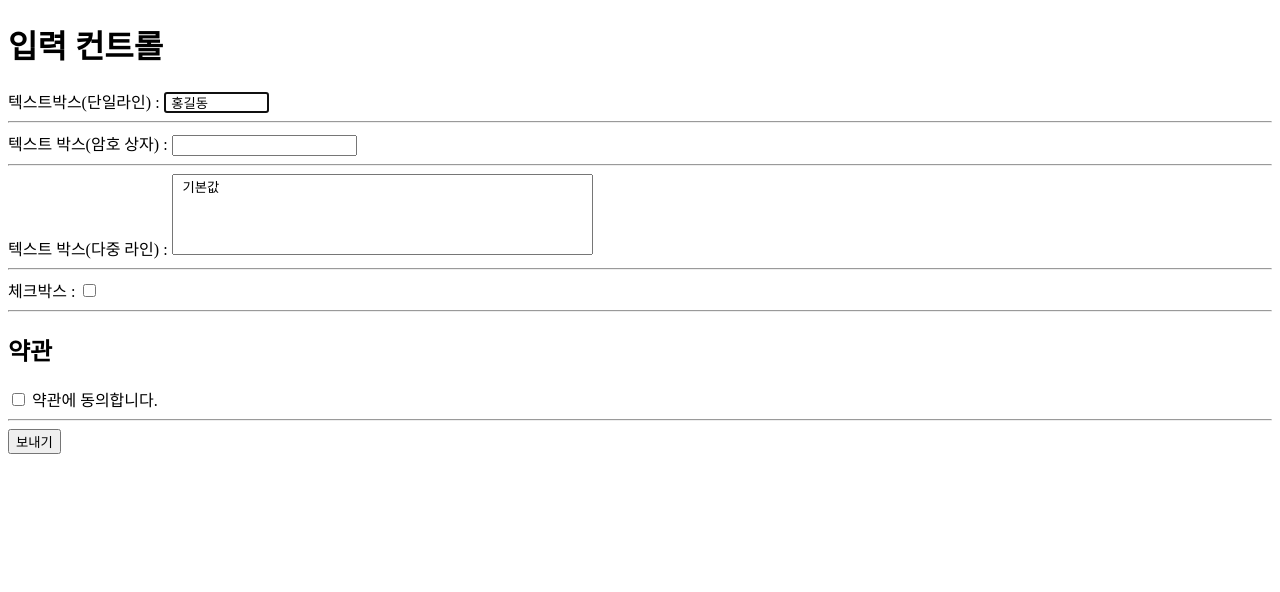
Repository: Hswwwww/WEB
Page: ClientTest/src/main/webapp/html/ex19_form.html
These files come from the project's save history. The page is drawn as it stood at one moment and after the next save; the edit follows.
The browser window is 1280 px wide. The pictures show the whole page.

Above is the page before, as saved 2024-03-14 01:36:54.

### ClientTest/src/main/webapp/html/ex19_form.html
<!DOCTYPE html>
<html>
<head>
<meta charset="UTF-8">
<title>Insert title here</title>
</head>
<body>
	<!--

		<form> 자식 태그
		- 입력 양식

		<input> 태그
		- 단독 태그
		- 인라인 태그
		- input.type : 입력 컨트롤의 종류
		- input.name : 서버로 전송할때 사용하는 식별자
		- input.id : 식별자. CSS, JavaScript에서 주로 사용
		- input.class : 식별자. CSS, JavaScript에서 주로 사용
		- input.size : 컨트롤의 너비 (입력받는 문자 수)
		- input.maxlength : 최대 입력 문자수 + 유효성 검사
		- input.value : 컨트롤의 입력값
		- input.readonly : 읽기 전용. 플래그형 + 입력 (x) + 서버 전송(o)
		- input.disabled : 비활성화. 플래그형 + 입력 (x) + 서버 전송 (x)
		- input.accesskey : 바로가기(니모닉) Alt + 키
		- input.autofocus : 자동 포커스
		- input.title: 풍선 도움말





	 -->

	<h1>입력 컨트롤</h1>

	<form action = "ex18.jsp">

		텍스트박스(단일라인) : <input type = "text" name = "data" id = "txt1" class = "txt"
					size = "10" maxlength = "5" value = " 홍길동" accesskey = "s" autofocus
					title = "이름을 입력하세요." >

		<hr>


		<!--

			암호 상자, Password Box, Masked TextBox
			- 모든 속성이 텍스트 박스와 동일
			- value 속성 사용 금지!!

		 -->

		 텍스트 박스(암호 상자) : <input type = "password">


		 <!--

		 	다중 라인 텍스트 박스
		 	- <textarea></textarea>
		 	- 쌍태그
		 	- 인라인 태그
		 	- 대부분의 속성은 텍스트와 동일
		 	- maxlength속성이 없다.
		 	- value 속성이 없다. > PCDATA로 적음 됨
		 	- 컨트롤러와 문서에서의 탭 성질이 다르게 적용됨 > 텍스트박스는 컨트롤러로 탭 하나하나 다 인식함

		  -->
		 <hr>
		 텍스트 박스(다중 라인) :
		 <textarea style = "resize:none;" cols="50" rows="5"> 기본값</textarea>




		<hr>
		<!--

			체크박스
			- 논리값 입력


		 -->


		체크박스 : <input type = "checkbox" >

		<hr>

		<h2>약관</h2>

		<!-- <input type = "checkbox" id = "cb1"><label for = "cb1">약관에 동의합니다. </label> -->
		<!-- 글자s를 눌러도 체크가 됨  -->

		<label><input type = "checkbox"> 약관에 동의합니다. </label>
		<hr>
		<input type = "submit" value = "보내기">

	</form>

</body>

</html>

After the next save:
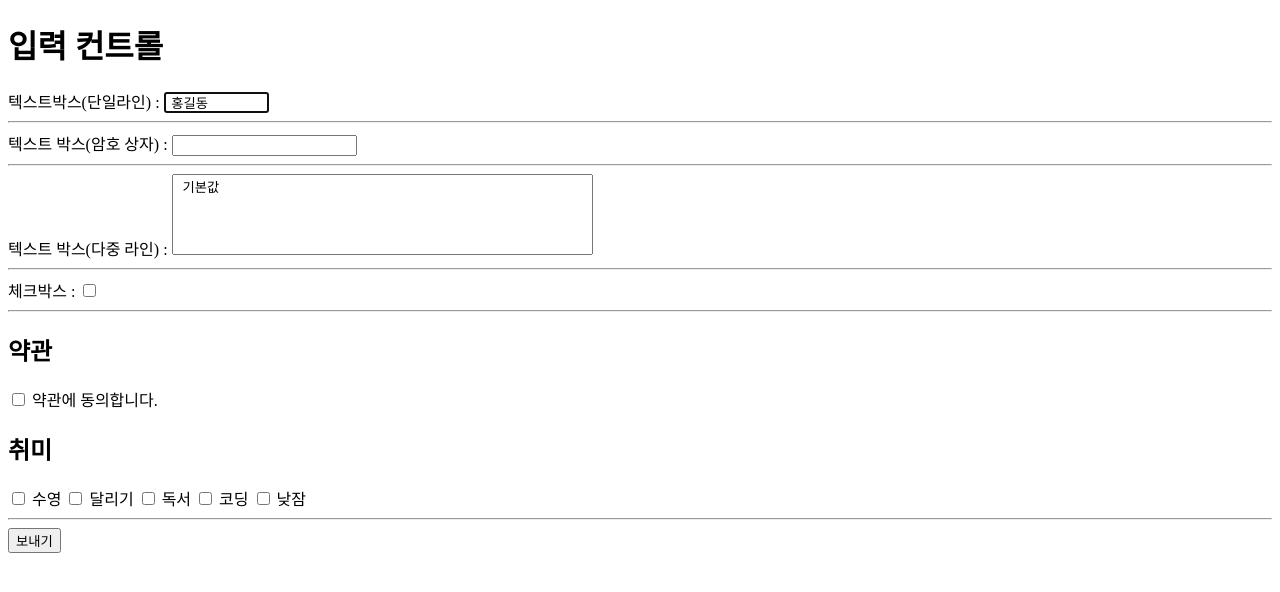
Saved 67 s later.
--- a/ClientTest/src/main/webapp/html/ex19_form.html
+++ b/ClientTest/src/main/webapp/html/ex19_form.html
@@ -93,6 +93,16 @@
 		<!-- 글자s를 눌러도 체크가 됨  -->
 
 		<label><input type = "checkbox"> 약관에 동의합니다. </label>
+
+		<h2> 취미</h2>
+		<input type = "checkbox"> 수영
+		<input type = "checkbox"> 달리기
+		<input type = "checkbox"> 독서
+		<input type = "checkbox"> 코딩
+		<input type = "checkbox"> 낮잠
+
+
+
 		<hr>
 		<input type = "submit" value = "보내기">
 
